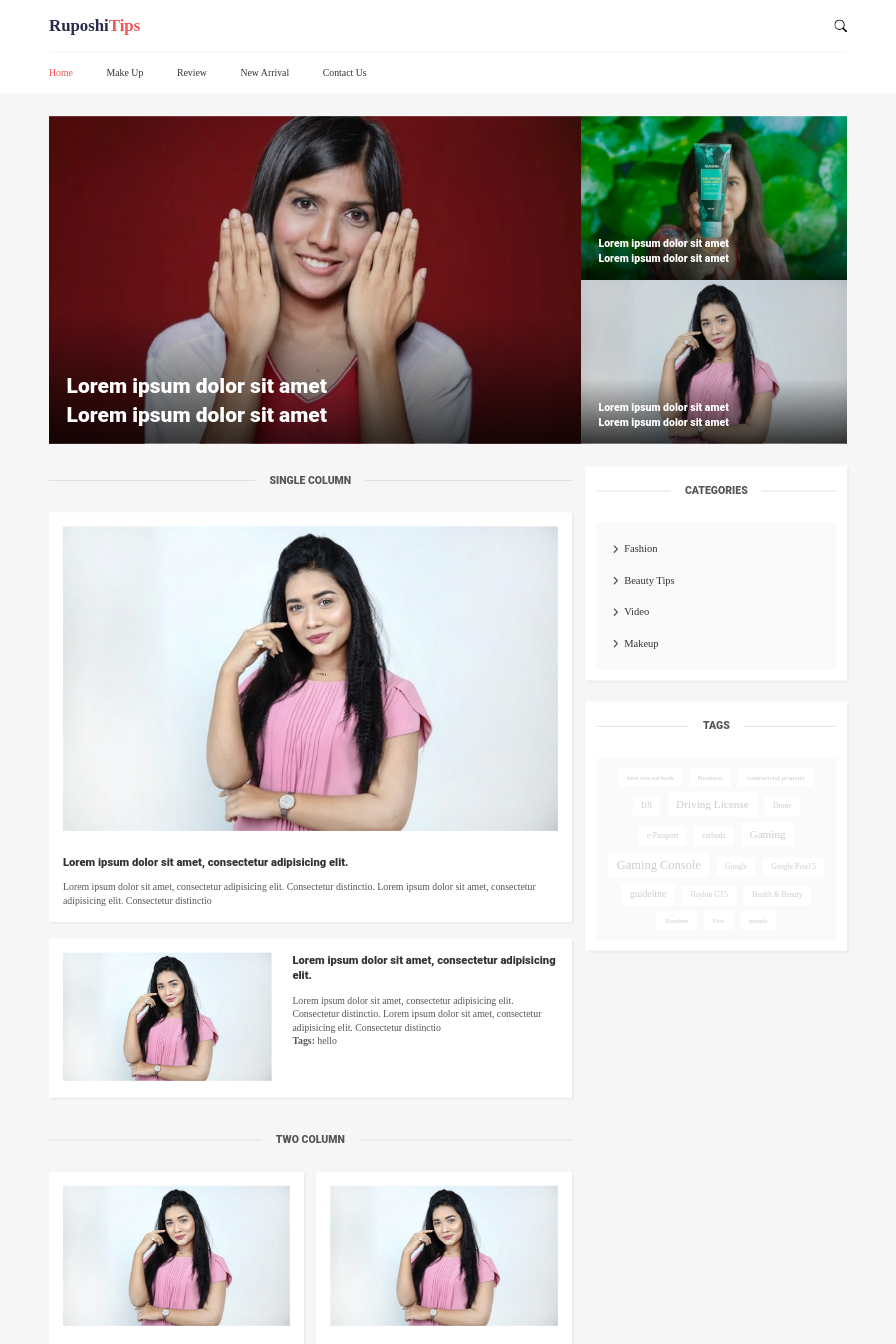
Repository: riff3r/wp-blog
Page: index.html
These files come from the project's save history. The page is drawn as it stood at one moment and after the next save; the edit follows.
The browser window is 1280 px wide. The pictures show the part of the page from y = 0 to 1920 px (the page is 2843 px tall before and 2853 px after), at 70% of full size.

Above is the page before, as saved 2021-10-28 06:31:15.

After the next save:
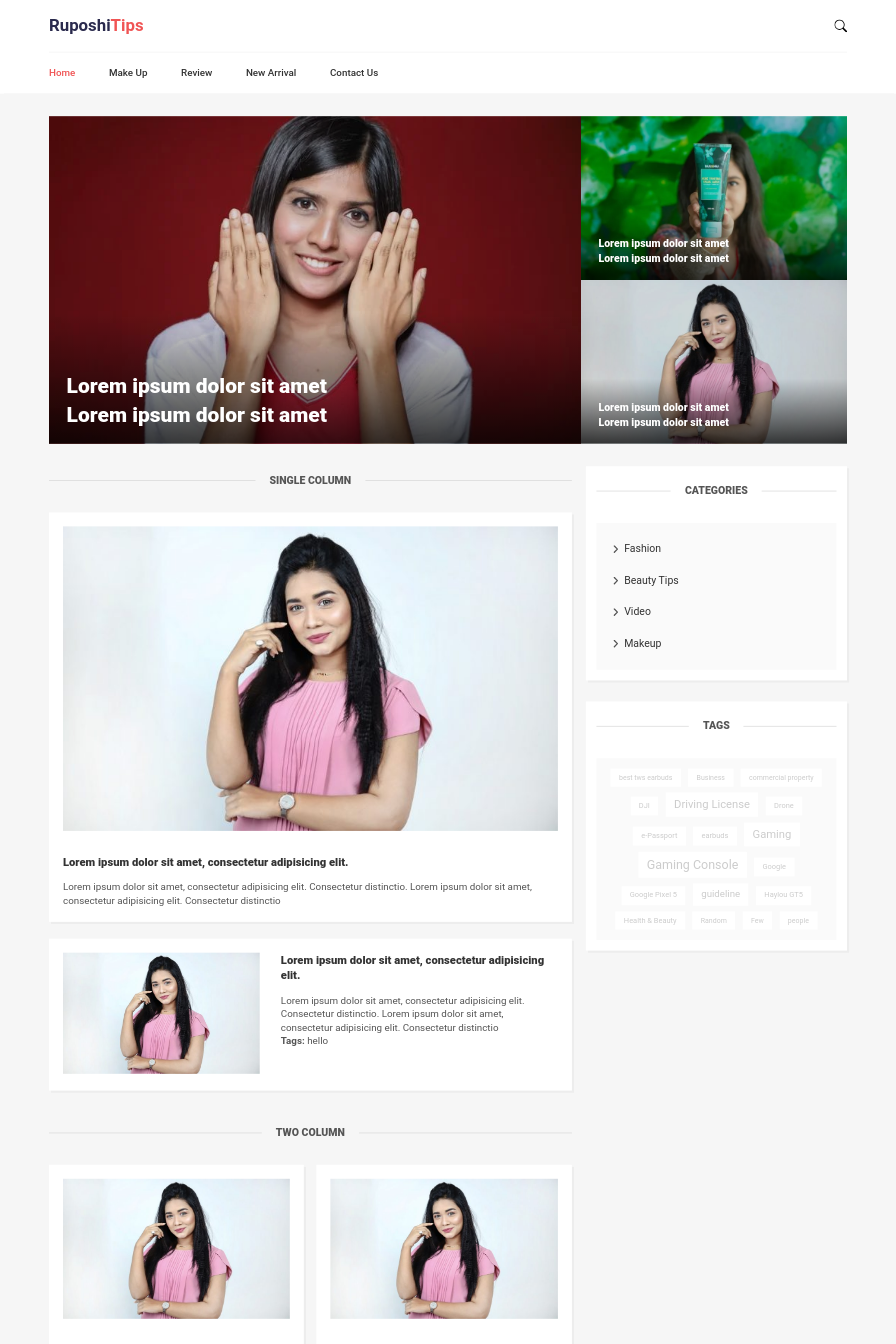
Saved 68 s later.
--- a/css/style.css
+++ b/css/style.css
@@ -71,6 +71,8 @@ body {
   /*font-family: "Hind Siliguri", Arial, Helvetica, sans-serif;*/
   /*font-family: 'Josefin Sans', sans-serif;*/
   /* font-family: 'Roboto Condensed', sans-serif; */
+  font-family: "Roboto",Arial,Helvetica,sans-serif;
+  font-weight: 400;
 
   line-height: 1.4;
   font-weight: 400;
